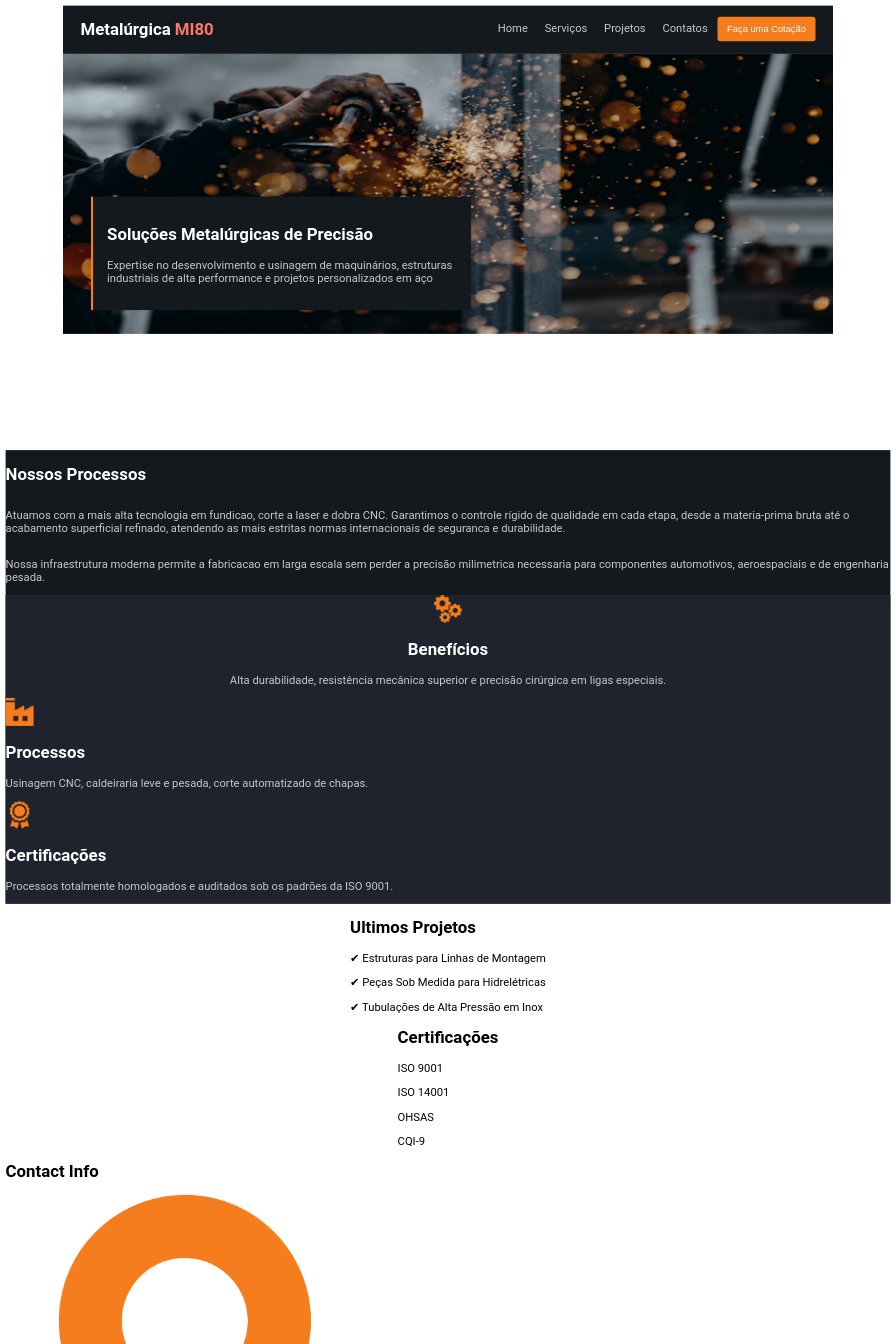
Repository: guiCherpinski/landing-page-metalurgica
Page: index.html
These files come from the project's save history. The page is drawn as it stood at one moment and after a run of saves; the edit follows.
The browser window is 1280 px wide. The pictures show the part of the page from y = 0 to 1920 px (the page is 4657 px tall), at 70% of full size.

Above is the page before, as saved 2026-06-03 20:18:16.

### index.html
<!DOCTYPE html>
<html lang="pt-br">
<head>
    <meta charset="UTF-8">
    <meta name="viewport" content="width=device-width, initial-scale=1.0">
    <title>Metalúrgica</title>
    <link rel="stylesheet" href="style.css">
</head>
<body>
    <header>
        <nav>
            <h1>Metalúrgica <span>MI80</span></h1>

            <div class = "buttons">
                <a href="/">Home</a>
                <a href="/">Serviços</a>
                <a href="/">Projetos</a>
                <a href="/">Contatos</a>
                <button>Faça uma Cotação</button>
            </div>
        </nav>
    </header>

    <main>
        <section class = "hero-section">
            <img src="./img/homem-serrando.png" alt="Foto de um Soldador">
            <div class = "text-hero">
                <h2>Soluções Metalúrgicas de Precisão</h2>
                <p>Expertise no desenvolvimento e usinagem de maquinários, estruturas industriais de alta performance e projetos personalizados em aço</p>
            </div>
        </section>
    </main>

    <section class = "our-process">

        <h2>Nossos Processos</h2>

        <p>Atuamos com a mais alta tecnologia em fundicao, corte a laser e dobra CNC. Garantimos o
            controle rígido de qualidade em cada etapa, desde a materia-prima bruta até o acabamento
            superficial refinado, atendendo as mais estritas normas internacionais de seguranca e
            durabilidade.
        </p>

        <p>Nossa infraestrutura moderna permite a fabricacao em larga escala sem perder a precisão
            milimetrica necessaria para componentes automotivos, aeroespaciais e de engenharia
            pesada.
        </p>

        <article class = "article-benefits">
            <img src="./img/settings-gears.png" alt="Icone de engrenagens">
            <h2>Benefícios</h2>
            <p>Alta durabilidade, resistência mecânica superior e precisão cirúrgica em ligas especiais.</p>
        </article>

        <article class = "article-process">
            <img src="./img/industry.png" alt="Icone de industria">
            <h2>Processos</h2>
            <p>Usinagem CNC, caldeiraria leve e pesada, corte automatizado de chapas.</p>
        </article>

        <article class = "article-certificates">
            <img src="./img/medal.png" alt="Icone de medalha">
            <h2>Certificações</h2>
            <p>Processos totalmente homologados e auditados sob os padrões da ISO 9001.</p>
        </article>
    </section>

    <section class = "last-projects">
        <h2>Ultimos Projetos</h2>
        <p>✔ Estruturas para Linhas de Montagem </p>
        <p>✔ Peças Sob Medida para Hidrelétricas</p>
        <p>✔ Tubulações de Alta Pressão em Inox</p>
    </section>

    <section class = "certificates">
        <h2>Certificações</h2>
        <p>ISO 9001</p>
        <p>ISO 14001</p>
        <p>OHSAS</p>
        <p>CQI-9</p>
    </section>


    <footer class = "rodape">
        <section>
            <h2>Contact Info</h2>

            <article>
                <img src="./img/placeholder.png" alt="Icone pin">
                <p>Setor Industrial, Galpão 04</p>
            </article>

            <article>
                <img src="./img/phone-call.png" alt="Icone de telefone">
                <p>(31) 6553-3352</p>
            </article>

            <article>
                <img src="./img/email.png" alt="Icone email">
                <p>contato@metalurgica-exemplo.com</p>
            </article>
        </section>

        <section>
            <h2>Quick Links</h2>
            <p>Política de Privacidade</p>
            <p>Trabalhe Conosco</p>
            <p>Portal do Cliente</p>
        </section>

        <section>
            <h2>Social Media</h2>
            <img src="./img/linkedin.png" alt="Icone linkedin">
            <img src="./img/instagram.png" alt="Icone instagram">
            <img src="./img/facebook.png" alt="Icone facebook">
            <img src="./img/youtube.png" alt="Icone youtube">
        </section>
    </footer>


</body>
</html>

### style.css
body{
    font-family: 'Roboto' , sans-serif;
    justify-items: center;
    /*background: #0A0A14;*/
}

header{
    background: #14191E;
    width: 1100px;
    border-bottom: 1px solid #2D2929;
}

header h1{
    color: white;
}

header h1 span {
    color: #FA776E;
}

header nav {
    display: flex;
    align-items: center;
    justify-content: space-between;
    margin-left: 25px;
    margin-right: 25px;
}

header nav a {
    margin-left: 10px;
    margin-right: 10px;
    text-decoration: none;
    color: #C8C8C8;
}


header button {
    width:140px;
    height: 35px;
    background: #F57D1E;
    border: none;
    border-radius: 4px;
    color: white;
}

header button:hover{
    cursor: pointer;
    background:#CC5500;
}

.hero-section img{
    width: 1100px;
    height: 400px;
}

.text-hero{
    background: #14191E;
    border-left: 3px solid #F57D1E;
    width: 500px;
    padding: 20px;
    position: relative;
    bottom: 200px;
    left: 40px;
}

.text-hero h2{
    color: white;
}

.text-hero p{
    color: #c8c8c8;
}

.our-process{
    display: grid;
    background: #14191E;
}

.our-process h2{
    color: white;
}

.our-process p{
    color: #c8c8c8;
}

.our-process img{
    width: 40px;
    height: 40px;
}

.article-benefits{
    background: #1E232D;
    justify-items: center;
    align-items: center;
}

.article-process{
    background: #1E232D;
}

.article-certificates{
    background: #1E232D;
}

After the next 2 saves:
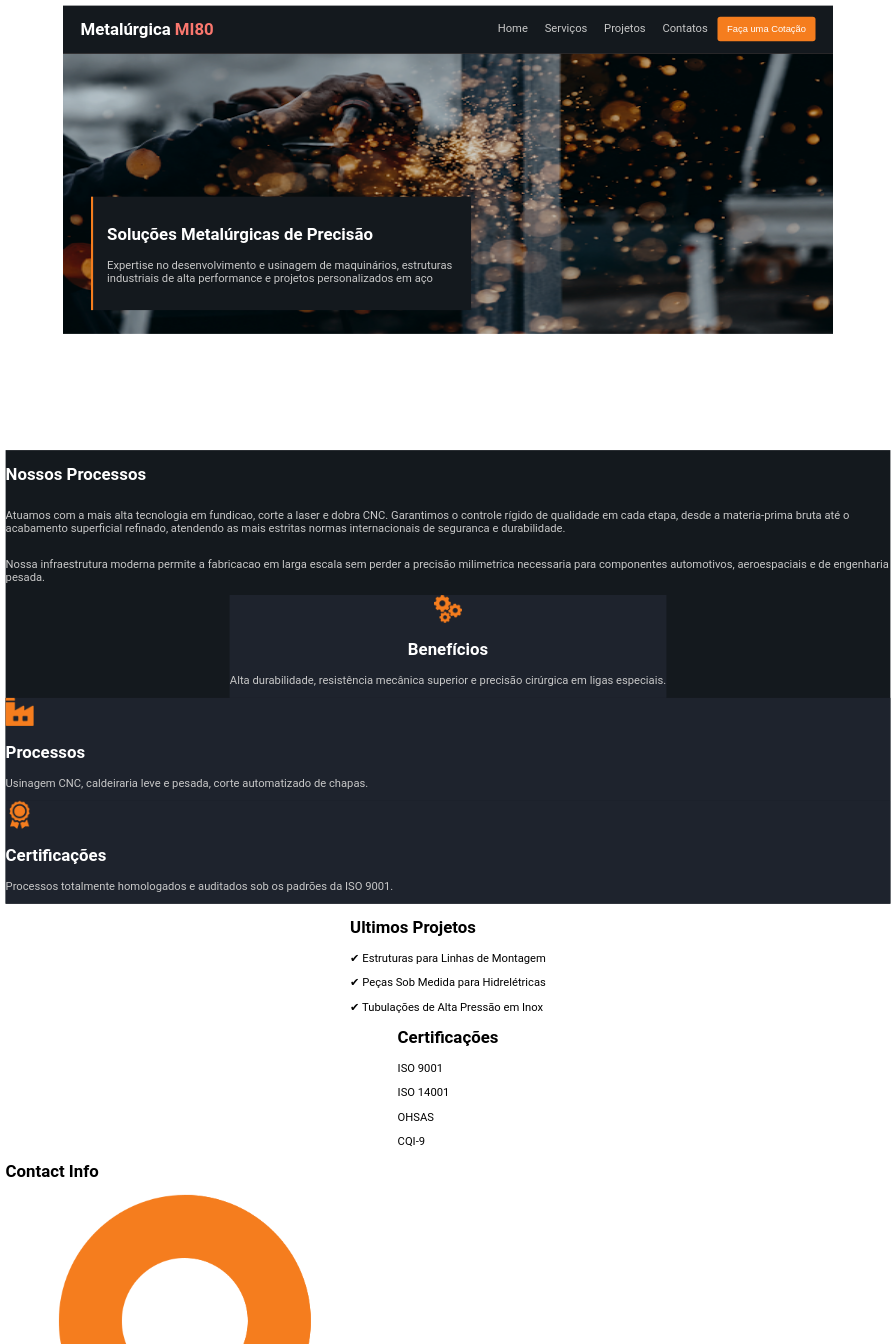
The 2 saves are shown as one change because they came seconds apart.
The last was saved 6 s later.
--- a/style.css
+++ b/style.css
@@ -92,6 +92,7 @@
 .article-benefits{
     background: #1E232D;
     justify-items: center;
+    justify-self: center;
     align-items: center;
 }
 

After the save that followed:
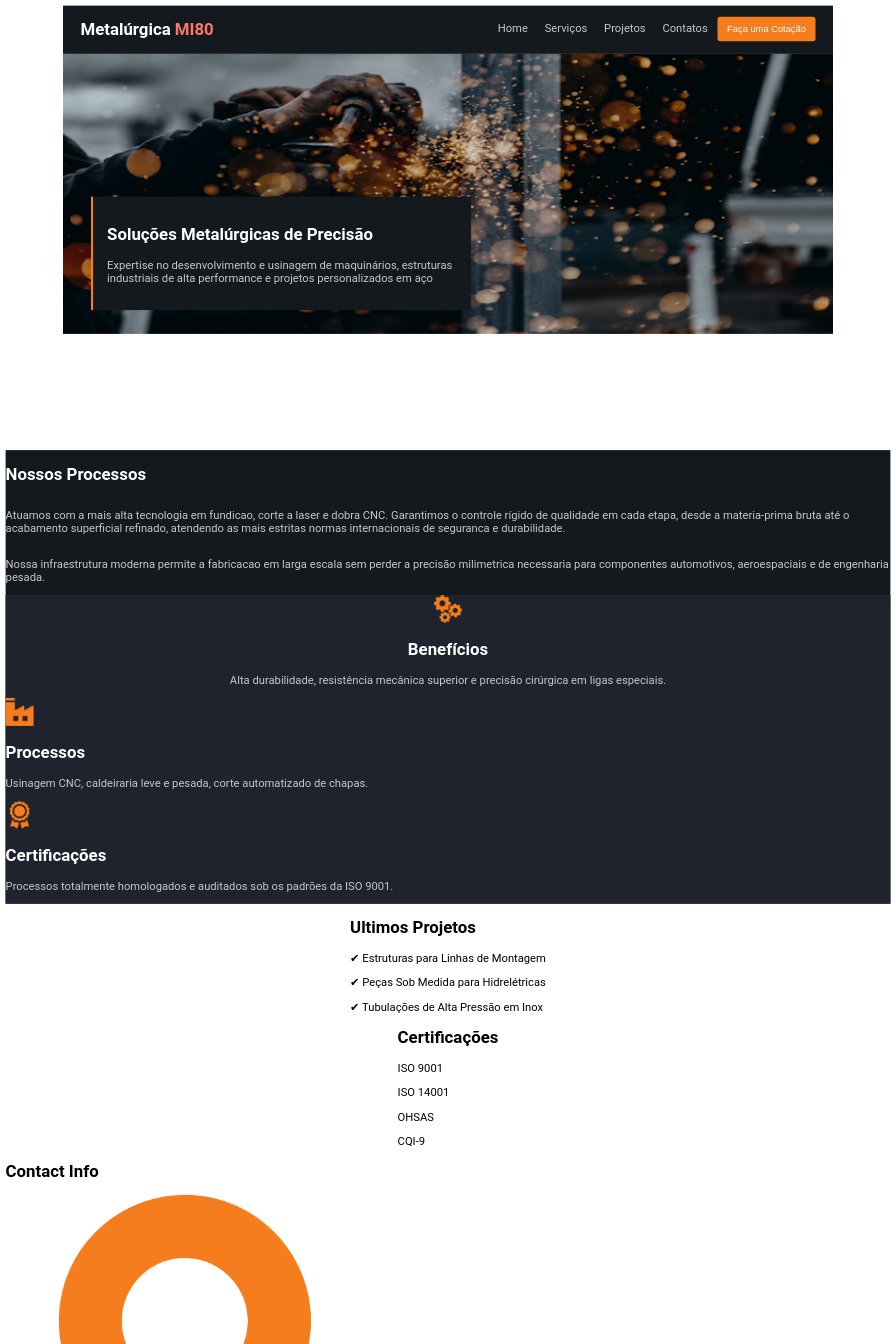
Saved 4 s later.
--- a/style.css
+++ b/style.css
@@ -92,7 +92,6 @@
 .article-benefits{
     background: #1E232D;
     justify-items: center;
-    justify-self: center;
     align-items: center;
 }
 
